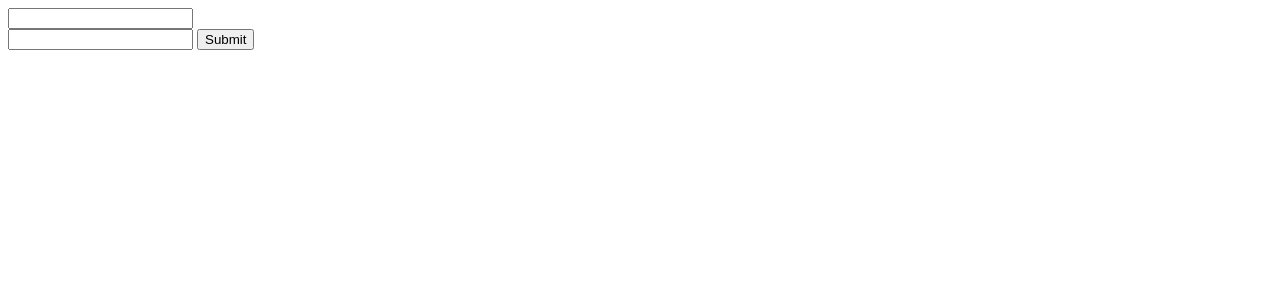
Repository: bmatjaz/testnaNaloga
Page: http://localhost/Naloga/home.jsp
The author's editor kept a copy of each file at every save. The page is drawn from the files as they stood at one save, then again after the next save.
The browser window is 1280 px wide. The pictures show the whole page.
The page is served by Tomcat 9. Other server files are loaded and not shown.

Above is the page before, as saved 2019-02-06 20:08:50.

### Naloga/src/main/webapp/home.jsp
<%@ page language="java" contentType="text/html; charset=UTF-8"
    pageEncoding="UTF-8"%>
<!DOCTYPE html>
<html>
<head>
<meta charset="UTF-8">
<title>Insert title here</title>
</head>
<body>

<form aciton="prescription">
	<input type="text" name="id"><br>
	<input type="text" name="medName">
	<input type="submit">

</form>
</body>
</html>

After the next save:
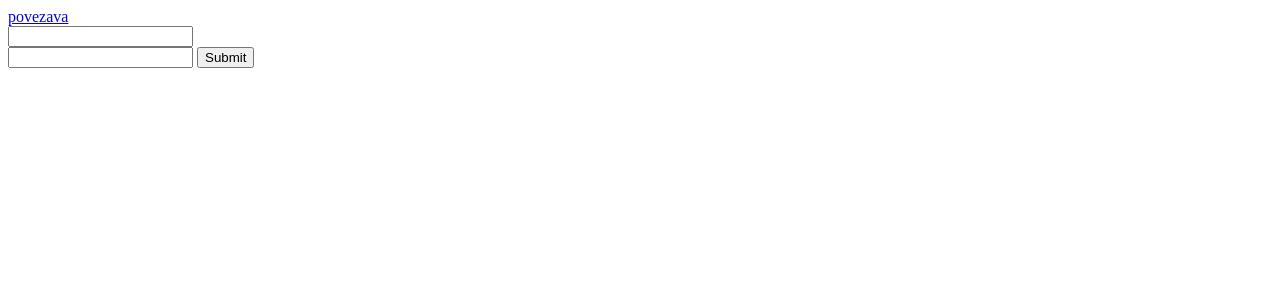
Saved 23 s later.
--- a/Naloga/src/main/webapp/home.jsp
+++ b/Naloga/src/main/webapp/home.jsp
@@ -8,6 +8,8 @@
 </head>
 <body>
 
+
+<a href=/prescriptions">povezava</a>
 <form aciton="prescription">
 	<input type="text" name="id"><br>
 	<input type="text" name="medName">
